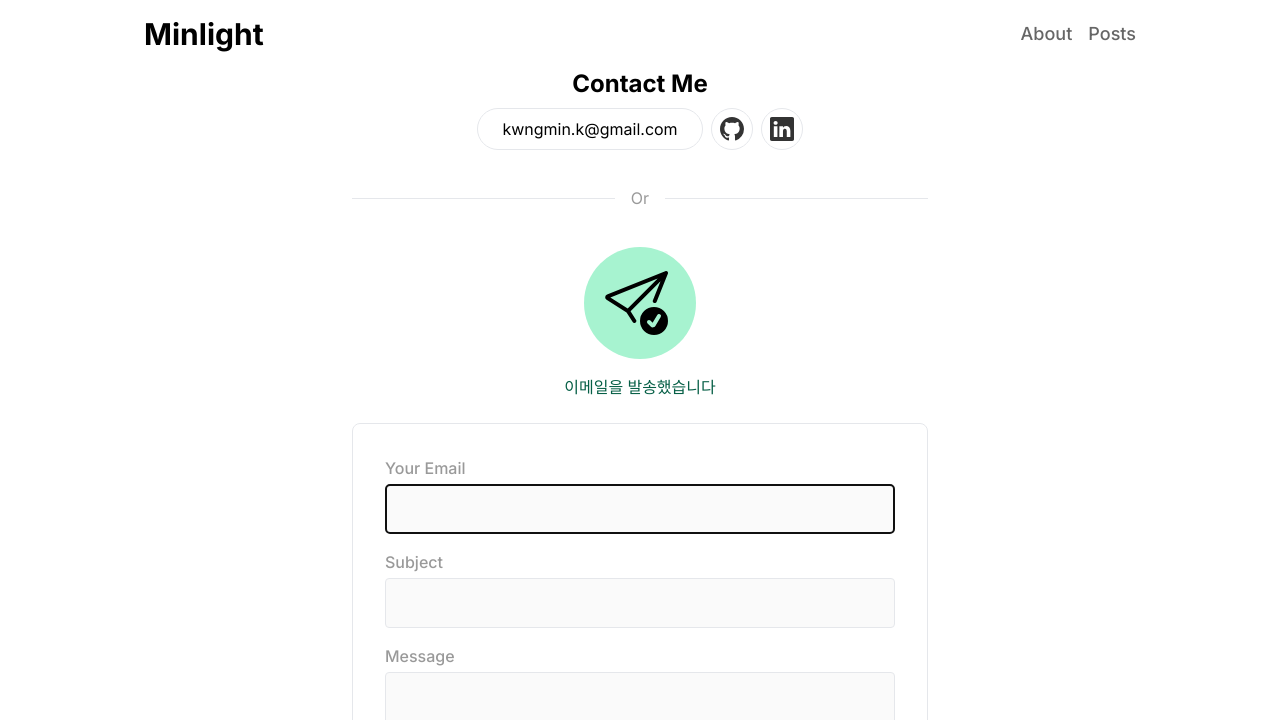
Repository: kwngmin/minlight-blog
Page: /contact
These files come from the project's save history. The page is drawn as it stood at one moment and after the next save; the edit follows.
The browser window is 1280 px wide. The pictures show the whole page.
An inner scrolling area shows only its first screen. The project was rebuilt for these pictures with package versions that can differ from the ones it lists, and the page was loaded fresh each time. The framework's server and built-in components were replaced by stand-ins that run in the browser. Also part of the build but not shown: next.config.js.

Above is the page before, as saved 2023-04-03 20:23:00.

### src/app/layout.tsx
import Footer from "@/components/Footer";
import "./globals.css";
import { Inter } from "next/font/google";
import Header from "@/components/Header";

const inter = Inter({ subsets: ["latin"] });

export const metadata = {
  title: "Create Next App",
  description: "Generated by create next app",
};

export default function RootLayout({
  children,
}: {
  children: React.ReactNode;
}) {
  return (
    <html lang="en" className={inter.className}>
      <body className="flex flex-col">
        <Header />
        <main className="max-w-screen-lg mx-auto w-full grow px-4">
          {children}
        </main>
        <Footer />
      </body>
    </html>
  );
}

### src/app/contact/page.tsx
import ContactForm from "@/components/ContactForm";
import { BsLinkedin, BsGithub } from "react-icons/bs";
export default function ContactPage() {
  const LINKS = [
    { icon: <BsGithub />, url: "https://github.com/kwngmin" },
    {
      icon: <BsLinkedin />,
      url: "https://www.linkedin.com/in/%EA%B4%91%EB%AF%BC-%EA%B9%80-52b83a25a/",
    },
  ];
  return (
    <section className="flex flex-col items-center gap-2 max-w-xl mx-auto">
      <h2 className="text-2xl font-bold">Contact Me</h2>
      <ul className="flex justify-center items-center gap-2">
        <a
          href="mailto:kwngmin.k@gmail.com"
          className="px-6 rounded-full hover:bg-black hover:text-white py-2 border"
        >
          kwngmin.k@gmail.com
        </a>
        {LINKS.map(({ url, icon }, index) => (
          <a
            href={url}
            key={index}
            target="_blank"
            rel="noreferrer"
            className="text-2xl text-black/80 hover:bg-black hover:text-white rounded-full p-2 border"
          >
            {icon}
          </a>
        ))}
      </ul>
      <div className="w-full relative flex justify-center">
        <div className="w-full my-10 border-b"></div>
        <span className="absolute top-7 bg-white px-4 text-black/40">Or</span>
      </div>
      <ContactForm />
    </section>
  );
}

### src/components/Footer.tsx
export default function Footer() {
  return (
    <section className="text-center py-16 text-black/30 border-t mt-12">
      © 2023 Minlight
    </section>
  );
}

### src/app/globals.css
@tailwind base;
@tailwind components;
@tailwind utilities;

* {
  box-sizing: border-box;
  padding: 0;
  margin: 0;
}

html,
body {
  height: 100vh;
  overflow-y: auto;
}

/*
:root {
  --max-width: 1100px;
  --border-radius: 12px;
  --font-mono: ui-monospace, Menlo, Monaco, "Cascadia Mono", "Segoe UI Mono",
    "Roboto Mono", "Oxygen Mono", "Ubuntu Monospace", "Source Code Pro",
    "Fira Mono", "Droid Sans Mono", "Courier New", monospace;

  --foreground-rgb: 0, 0, 0;
  --background-start-rgb: 214, 219, 220;
  --background-end-rgb: 255, 255, 255;

  --primary-glow: conic-gradient(
    from 180deg at 50% 50%,
    #16abff33 0deg,
    #0885ff33 55deg,
    #54d6ff33 120deg,
    #0071ff33 160deg,
    transparent 360deg
  );
  --secondary-glow: radial-gradient(
    rgba(255, 255, 255, 1),
    rgba(255, 255, 255, 0)
  );

  --tile-start-rgb: 239, 245, 249;
  --tile-end-rgb: 228, 232, 233;
  --tile-border: conic-gradient(
    #00000080,
    #00000040,
    #00000030,
    #00000020,
    #00000010,
    #00000010,
    #00000080
  );

  --callout-rgb: 238, 240, 241;
  --callout-border-rgb: 172, 175, 176;
  --card-rgb: 180, 185, 188;
  --card-border-rgb: 131, 134, 135;
}

@media (prefers-color-scheme: dark) {
  :root {
    --foreground-rgb: 255, 255, 255;
    --background-start-rgb: 0, 0, 0;
    --background-end-rgb: 0, 0, 0;

    --primary-glow: radial-gradient(rgba(1, 65, 255, 0.4), rgba(1, 65, 255, 0));
    --secondary-glow: linear-gradient(
      to bottom right,
      rgba(1, 65, 255, 0),
      rgba(1, 65, 255, 0),
      rgba(1, 65, 255, 0.3)
    );

    --tile-start-rgb: 2, 13, 46;
    --tile-end-rgb: 2, 5, 19;
    --tile-border: conic-gradient(
      #ffffff80,
      #ffffff40,
      #ffffff30,
      #ffffff20,
      #ffffff10,
      #ffffff10,
      #ffffff80
    );

    --callout-rgb: 20, 20, 20;
    --callout-border-rgb: 108, 108, 108;
    --card-rgb: 100, 100, 100;
    --card-border-rgb: 200, 200, 200;
  }
}

* {
  box-sizing: border-box;
  padding: 0;
  margin: 0;
}

html,
body {
  max-width: 100vw;
  overflow-x: hidden;
}

body {
  color: rgb(var(--foreground-rgb));
  background: linear-gradient(
      to bottom,
      transparent,
      rgb(var(--background-end-rgb))
    )
    rgb(var(--background-start-rgb));
}

a {
  color: inherit;
  text-decoration: none;
}

@media (prefers-color-scheme: dark) {
  html {
    color-scheme: dark;
  }
} */

### src/components/Header.tsx
import Link from "next/link";

const navData = [
  { name: "About", path: "/about" },
  { name: "Posts", path: "/posts" },
];

export default function Header() {
  return (
    <div className="w-full flex justify-between items-center p-4 mx-auto max-w-screen-lg">
      <Link href="/">
        <h1 className="text-3xl font-bold">Minlight</h1>
      </Link>
      <nav className="flex gap-4 px-4 lg:px-0">
        {navData.map(({ name, path }) => (
          <Link
            href={path}
            key={path}
            className="text-black/60 hover:text-black text-lg font-medium hover:underline decoration-slate-400 hover:decoration-4 underline-offset-8"
          >
            {name}
          </Link>
        ))}
      </nav>
    </div>
  );
}

### src/components/ContactForm.tsx
"use client";
import { ChangeEvent, FormEvent, useState } from "react";
// import Banner, { BannerData } from "./banner";
import TextareaAutosize from "react-textarea-autosize";
import { BsSendCheck } from "react-icons/bs";
import { BannerData } from "./Banner";

type Form = {
  from: string;
  subject: string;
  message: string;
};
export default function ContactForm() {
  const [form, setForm] = useState<Form>({
    from: "",
    subject: "",
    message: "",
  });
  const [banner, setBanner] = useState<BannerData | null>(null);
  const onChange = (e: ChangeEvent<HTMLInputElement | HTMLTextAreaElement>) => {
    const { name, value } = e.target;
    setForm((prev) => ({ ...prev, [name]: value }));
  };
  const onSubmit = (e: FormEvent<HTMLFormElement>) => {
    e.preventDefault();
    console.log(e.target);
    setBanner({ message: "성공했어", state: "success" });
    // setTimeout(() => {
    //   setBanner(null);
    // }, 5000);
    // setForm({
    //   from: "",
    //   subject: "",
    //   message: "",
    // });
  };
  const INPUT_LABEL = "font-medium text-black/40 mb-1";
  const INPUT_BOX = "mb-4 resize-none px-3 py-3 border rounded bg-zinc-50";
  return (
    <section className="w-full">
      {/* {banner && <Banner banner={banner} />}
       */}
      <div className="px-4 mb-6 rounded flex flex-col items-center text-emerald-800 font-medium">
        <div className="bg-emerald-200 rounded-full w-28 h-28 mb-4 flex justify-center items-center">
          <BsSendCheck size={64} className="text-black mr-2" />
        </div>
        <span>{`이메일을 발송했습니다`}</span>
      </div>
      <form
        onSubmit={onSubmit}
        className="flex flex-col border p-8 w-full rounded-lg"
      >
        <label htmlFor="from" className={INPUT_LABEL}>
          Your Email
        </label>
        <input
          type="email"
          id="from"
          required
          autoFocus
          name="from"
          value={form.from}
          onChange={onChange}
          className={INPUT_BOX}
        />
        <label htmlFor="subject" className={INPUT_LABEL}>
          Subject
        </label>
        <input
          type="string"
          id="subject"
          required
          name="subject"
          value={form.subject}
          onChange={onChange}
          className={INPUT_BOX}
        />
        <label htmlFor="message" className={INPUT_LABEL}>
          Message
        </label>
        <TextareaAutosize
          rows={6}
          minRows={6}
          id="message"
          required
          name="message"
          value={form.message}
          onChange={onChange}
          className={INPUT_BOX}
        />
        <button className="bg-zinc-100 hover:bg-zinc-300 rounded-lg h-12">
          Send Email
        </button>
      </form>
    </section>
  );
}

### tailwind.config.js
/** @type {import('tailwindcss').Config} */
module.exports = {
  content: ["./src/**/*.{js,ts,jsx,tsx}"],
  theme: {
    extend: {},
  },
  plugins: [require("@tailwindcss/typography")],
};

After the next save:
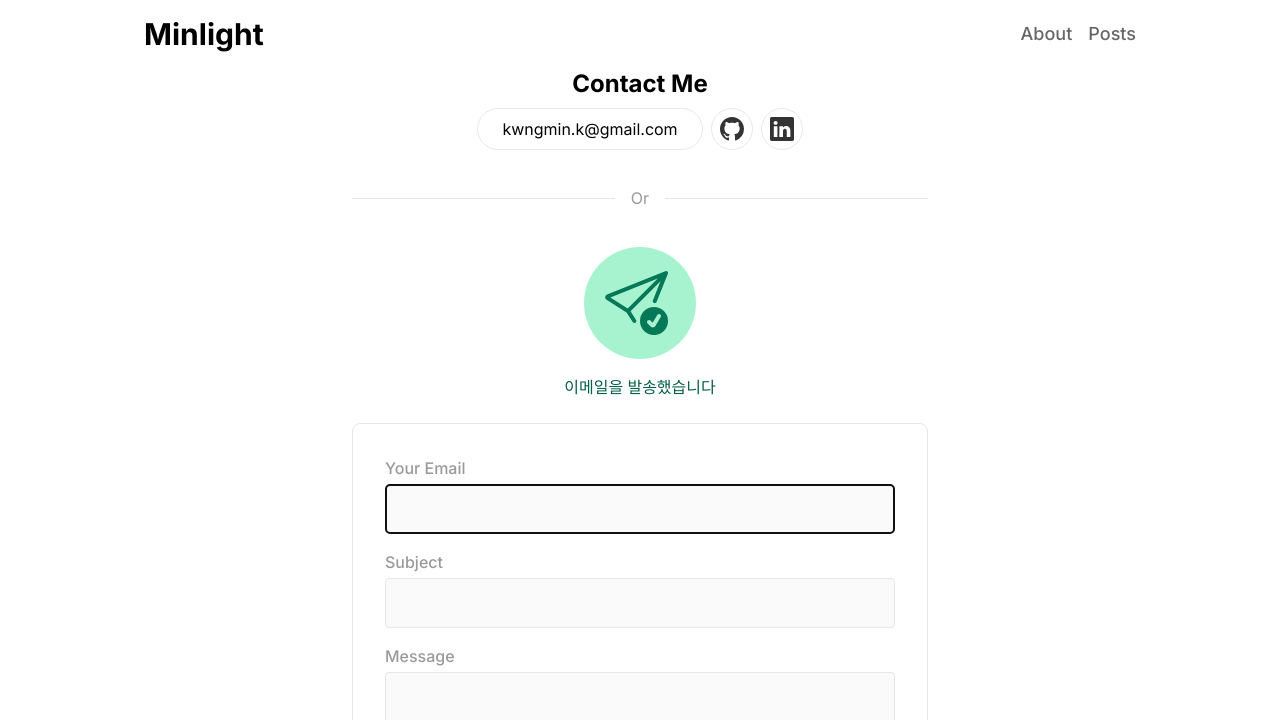
Saved 12 s later.
--- a/src/components/ContactForm.tsx
+++ b/src/components/ContactForm.tsx
@@ -42,7 +42,7 @@ export default function ContactForm() {
        */}
       <div className="px-4 mb-6 rounded flex flex-col items-center text-emerald-800 font-medium">
         <div className="bg-emerald-200 rounded-full w-28 h-28 mb-4 flex justify-center items-center">
-          <BsSendCheck size={64} className="text-black mr-2" />
+          <BsSendCheck size={64} className="text-emerald-700 mr-2" />
         </div>
         <span>{`이메일을 발송했습니다`}</span>
       </div>
